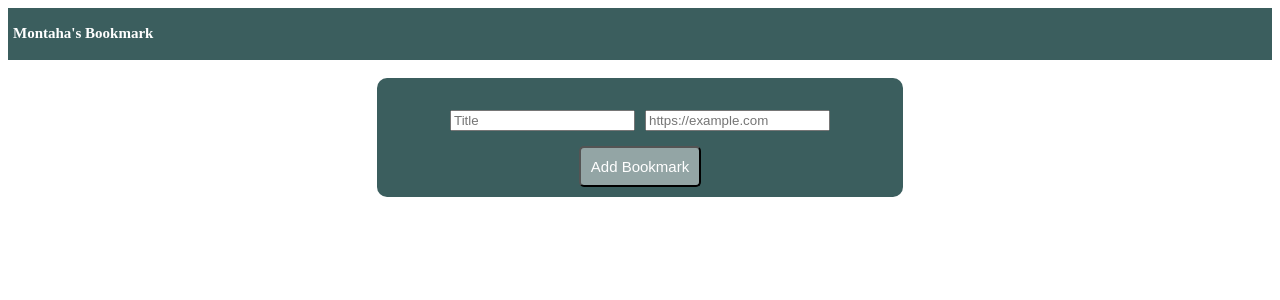
Repository: eidimontaha18-maker/finalproject
Page: index.html
The author's editor kept a copy of each file at every save. The page is drawn from the files as they stood at one save, then again after the next save.
The browser window is 1280 px wide. The pictures show the whole page.

Above is the page before, as saved 2025-11-26 00:48:09.

After the next save:
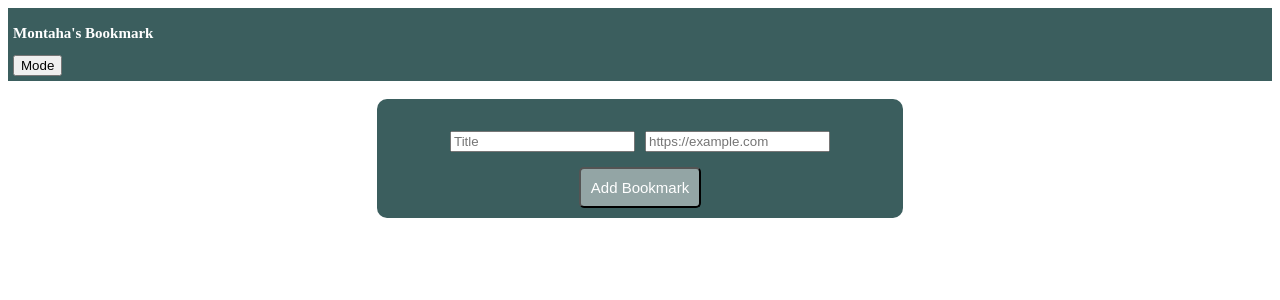
Saved 4 min 18 s later.
--- a/index.html
+++ b/index.html
@@ -9,6 +9,7 @@
 <body>
     <nav>
         <h1>Montaha's Bookmark</h1>
+        <button id="mode">Mode</button>
     </nav>
     <br>
     <main>
